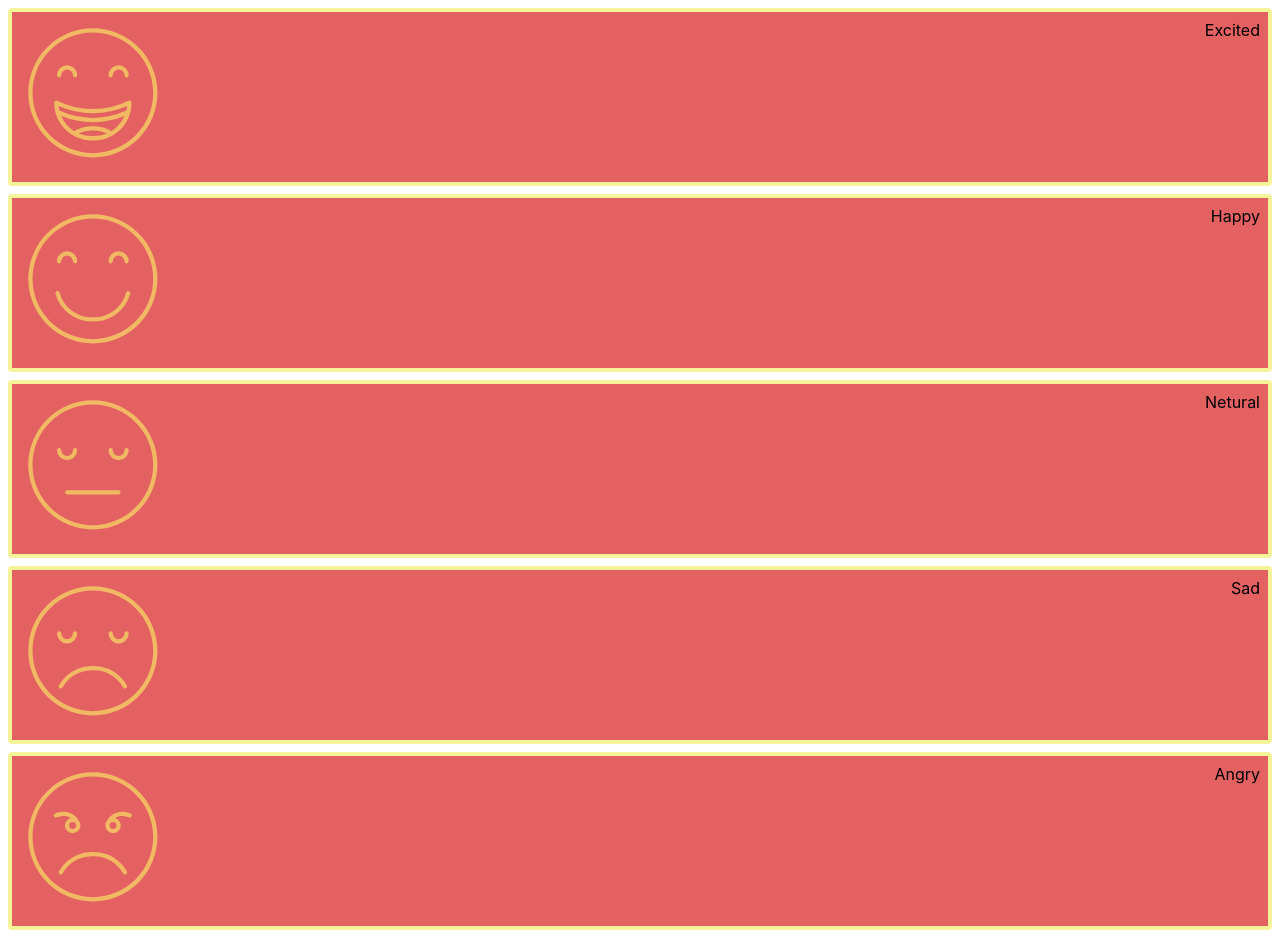
Repository: majakesin/moodify-app
Page: /
These files come from the project's save history. The page is drawn as it stood at one moment and after a run of saves; the edit follows.
The browser window is 1280 px wide. The pictures show the whole page.
The project was rebuilt for these pictures with package versions that can differ from the ones it lists, and the page was loaded fresh each time.

Above is the page before, as saved 2023-08-21 12:08:08.

After the next 2 saves:
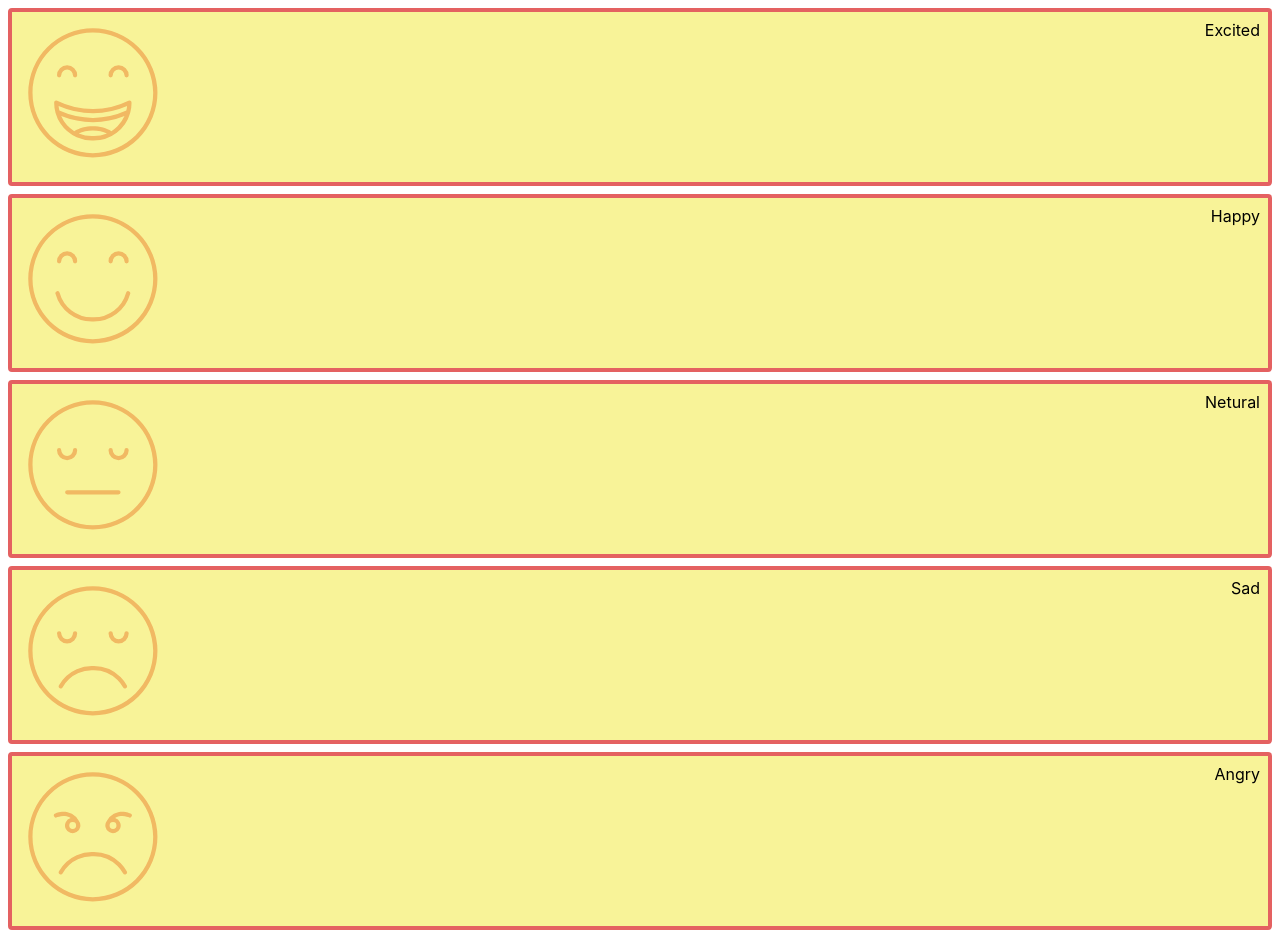
The 2 saves are shown as one change because they came seconds apart.
The last was saved 23 s later.
--- a/src/components/Mood/index.module.css
+++ b/src/components/Mood/index.module.css
@@ -2,13 +2,13 @@
 @import '../../styles/variables.css';
 
 .card {
-    border: 4px solid var(--second-color);
+    border: 4px solid var(--fourth-color);
     border-radius: 4px;
     margin: 8px;
     padding: 8px;
     display: flex;
     justify-content: space-between;
-    background-color: var(--fourth-color);
+    background-color: var(--second-color);
 }
 
 .icon {
